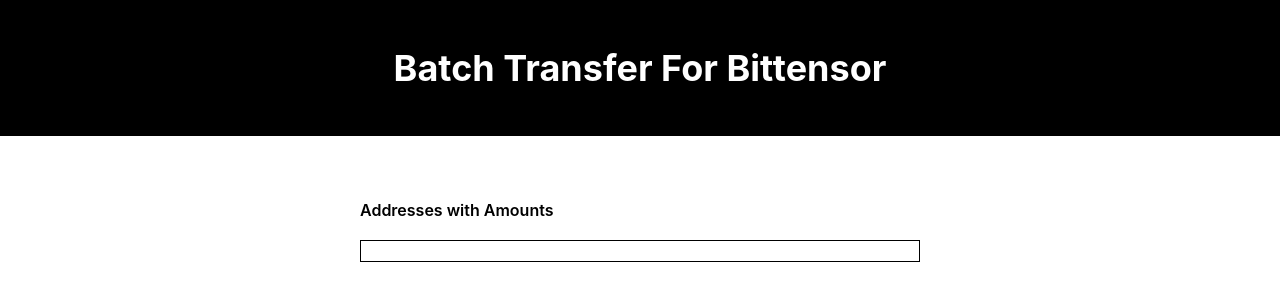
Repository: Dawid-Ace/batch_transfer_tao_master_ui
Page: /
An editor plug-in stored every save of this project. The page is shown before and after the next save, followed by the edit.
The browser window is 1280 px wide. The pictures show the whole page.
The project was rebuilt for these pictures with package versions that can differ from the ones it lists, and the page was loaded fresh each time.

Above is the page before, as saved 2023-05-10 03:32:05.

### src/App.js
import './App.css';
import { TransferForm } from './components/TransferForm';

function App() {
  return (
    <div className="app-container">
      <div className="header-container">
        Batch Transfer For Bittensor
      </div>

      <div className="main-container">
        <TransferForm />
      </div>
    </div>
  );
}

export default App;

### src/App.css
.app-container {
	display: flex;
	flex-direction: column;
	position: relative;
	width: 100%;
	height: 100vh;
}

.header-container {
	display: flex;
	justify-content: center;
	align-items: center;
	padding-top: 46px;
	padding-bottom: 46px;
	background-color: black;
	font-size: 36px;
	color: white;
	font-weight: 700;
}

.main-container {
	display: flex;
	justify-content: center;
	padding-top: 46px;
}

### src/components/TransferForm/index.jsx
import React, { useEffect, useState } from "react";
import styled from 'styled-components';
import DataTable from 'react-data-table-component';

const columns = [
  {
    name: 'Title',
    selector: row => row.title,
  },
  {
    name: 'Year',
    selector: row => row.year,
  },
];
const data = [
  {
    id: 1,
    title: 'Beetlejuice',
    year: '1988',
  },
  {
    id: 2,
    title: 'Ghostbusters',
    year: '1984',
  },
]
export const TransferForm = () => {
  /*
  const fetchUserBalance = async address => {
    const res = await api.query.system.account(address);
    if (res.isEmpty) return 0;
    const { data } = res.toJSON();
    return data.free / UNIT;
  };

  const fetchAndSetUserBalance = async () => {
    const _balance = await fetchUserBalance(currentAccount.address);
    setBalance(_balance);
  };

  const getFromAccount = async () => {
    const {
      address,
      meta: { source, isInjected }
    } = currentAccount;

    if (!isInjected) {
      return [currentAccount];
    }

    // currentAccount is injected from polkadot-JS extension, need to return the addr and signer object.
    // ref: https://polkadot.js.org/docs/extension/cookbook#sign-and-send-a-transaction
    const injector = await web3FromSource(source);
    return [address, { signer: injector.signer }];
  };

  const txResHandler = ({ status }) => {
    setTxStatus({
      visible: true,
      ...(status.isFinalized
        ? { type: 'success', message: 'Success' }
        : { type: 'info', message: `Current transaction status: ${status.type}` })
    });
    if (status.isFinalized) fetchInfo();
  };

  const txErrHandler = err => {
    setTxStatus({ visible: true, type: 'error', message: `😞 Transaction Failed: ${err.toString()}` });
  };

  const submitTx = async tx => {
    setPending(true);
    const fromAccount = await getFromAccount();
    tx.signAndSend(...fromAccount, txResHandler)
      .catch(txErrHandler)
      .finally(() => setPending(false));
  };

  const onUnstake = () => {
    submitTx(api.tx.subtensorModule.removeStake(HOTKEY, Math.floor(amount * UNIT)));
  };
  */

  const FormLabel = styled.p`
    color: black;
    font-weight: 600;
    font-size: 16px;
    line-height: 160%;
  `;

  const FormWrapper = styled.form`
    max-width: 560px;
    min-width: 560px;
    display: flex;
    flex-direction: column;

  `;

  const FormInput = styled.div`
    border: solid 1px
  `

  return (
    <FormWrapper>
      <FormLabel>
        Addresses with Amounts
      </FormLabel>

      <FormInput contentEditable />

    </FormWrapper>
  )
}

Loaded but not shown: public/index.html (common file); src/index.js (common file); src/index.css (common file); src/reportWebVitals.js (common file)

After the next save:
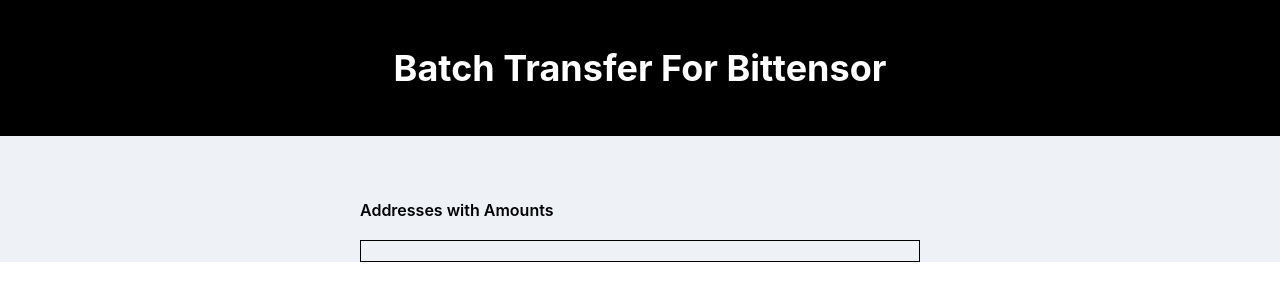
Saved 51 s later.
--- a/src/App.css
+++ b/src/App.css
@@ -22,4 +22,5 @@
 	display: flex;
 	justify-content: center;
 	padding-top: 46px;
+	background-color: rgb(238, 242, 247);
 }
